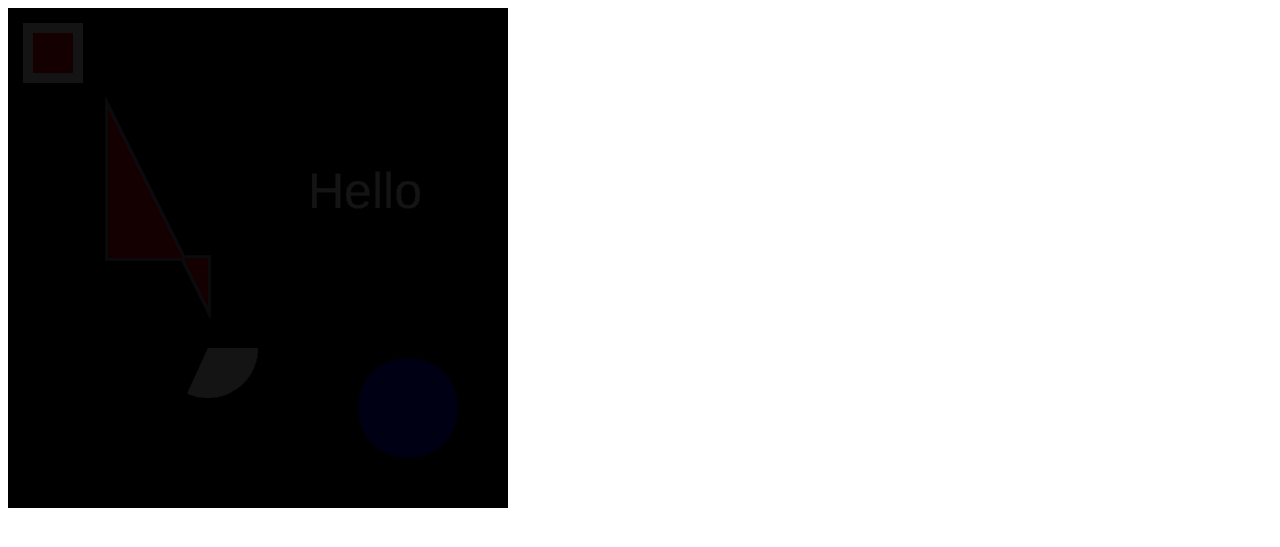
Repository: polymaze/rts-td
Page: canvas.html
The author's editor kept a record of every edit. The page is drawn from the files as they stood at one moment, then again after the next edit.
The browser window is 1280 px wide. The pictures show the whole page.

Above is the page before.
Console error: ReferenceError: posY is not defined

### canvas.html
<!DOCTYPE html>
<html lang="en">
<head>
  <meta charset="utf-8" />
  <title>Canvas Demo</title>
  <script>
    window.onload = function() {

      var canvas = document.getElementById("paper"),
        c = canvas.getContext("2d"),
        TWO_PI = Math.PI * 2;


      // make a box with decorations
      c.fillStyle = "black";
      c.fillRect(0, 0, canvas.width, canvas.height);

      c.fillStyle = "red";
      c.fillRect(20, 20, 50, 50);

      c.strokeStyle = "white";
      c.lineWidth = 10;
      c.strokeRect(20, 20, 50, 50);

      // create a line
      c.strokeStyle = "#7e9fc2";
      c.lineWidth = 5;  // shrink the line

      // animate a line
      c.beginPath();
      c.moveTo(100, 100);  // picking up a pen and drop it on a location
      c.lineTo(150, 200);  // draw a line to this point
      c.lineTo(200, 300); // continue the line
      c.lineTo(200, 250);
      c.lineTo(100, 250);
      c.closePath(); // closes shape
      c.stroke();  // call the stroke function to see the line
      c.fill();

      // draw text
      c.fillStyle = "white";
      c.font = "50px Helvetica";
      c.fillText("Hello", 300, 200);

      // draw an arc
      c.beginPath();
      c.moveTo(200, 340);
      c.arc(200, 340, 50, 0, 2, false);
      c.fill();

      // draw an arc (circle)
      c.fillStyle = "blue";
      c.beginPath();
      c.arc(400, 400, 50, 0, TWO_PI, false);
      c.fill();

      // animations
      var posX = 0,
          poxY = 200;
      setInterval(function(){

        posX += 4;

        if (posX > 200){
          posY += 3;
          posX = 200;
        }

        c.fillStyle = "rgba(0,0,0,0.05)";
        c.fillRect(0, 0, canvas.width, canvas.height);

        c.fillStyle = "white";
        c.beginPath();
        c.arc(posX, posY, 50, 0, TWO_PI, false);
        c.fill();

      }, 30);

    }
  </script>
  <style>
  </style>
</head>
<body>

  <canvas id="paper" width="500" height="500"></canvas>

</body>
</html>

After the next edit:
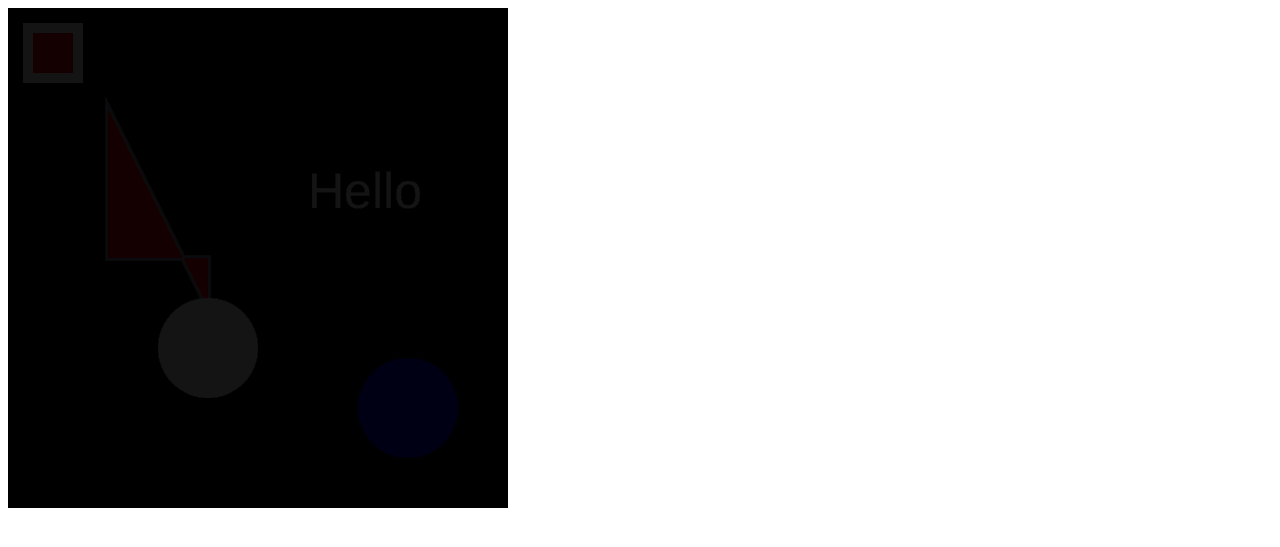
The edit:
--- a/canvas.html
+++ b/canvas.html
@@ -44,8 +44,7 @@
 
       // draw an arc
       c.beginPath();
-      c.moveTo(200, 340);
-      c.arc(200, 340, 50, 0, 2, false);
+      c.arc(200, 340, 50, 0, TWO_PI, false);
       c.fill();
 
       // draw an arc (circle)
